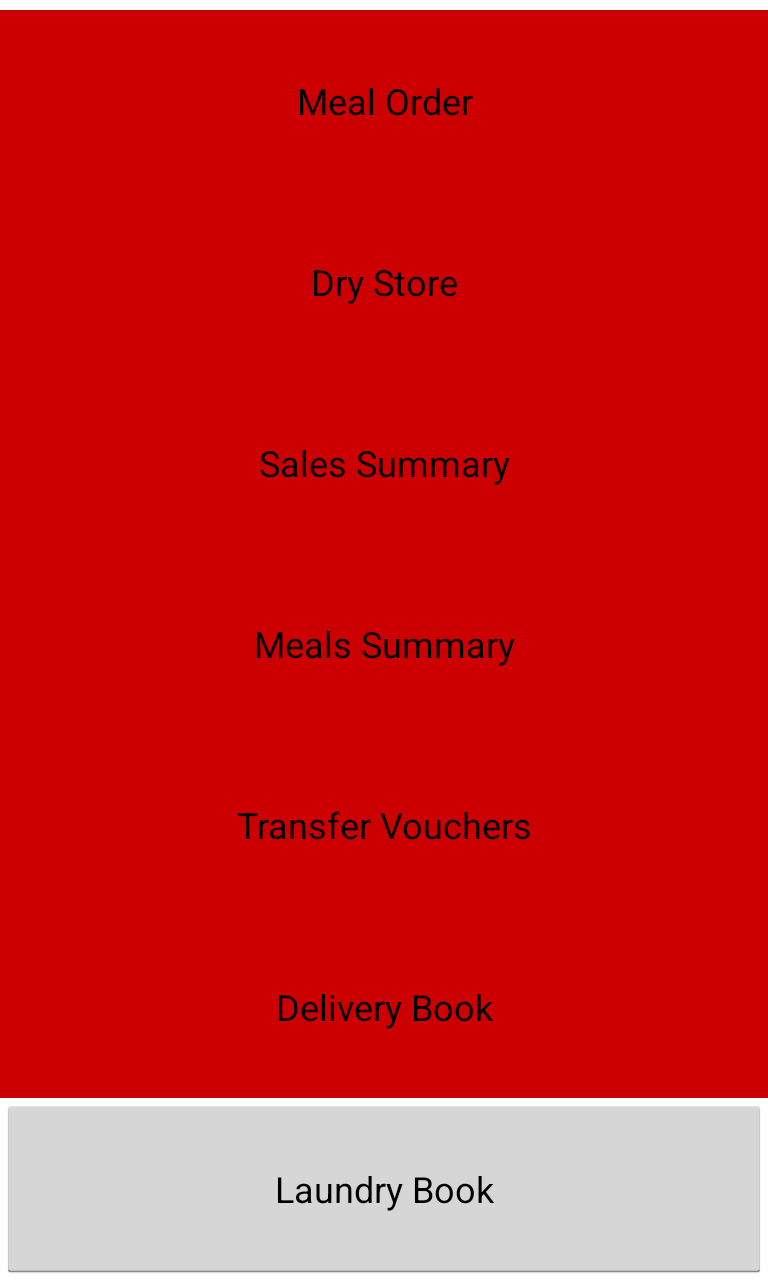
Repository: erwasambo/greendevelopment
Layout: GreenDevelopment/NASCuisine/res/layout/admindash.xml
These files come from the project's save history. The layout is drawn as it stood at one moment and after the next save; the edit follows.
It is drawn on a 768 x 1280 px phone screen (xhdpi) without system bars, with theme AppTheme; the app's code is not run.

Above is the layout before, as saved 2013-12-03 03:56:52.

After the next save:
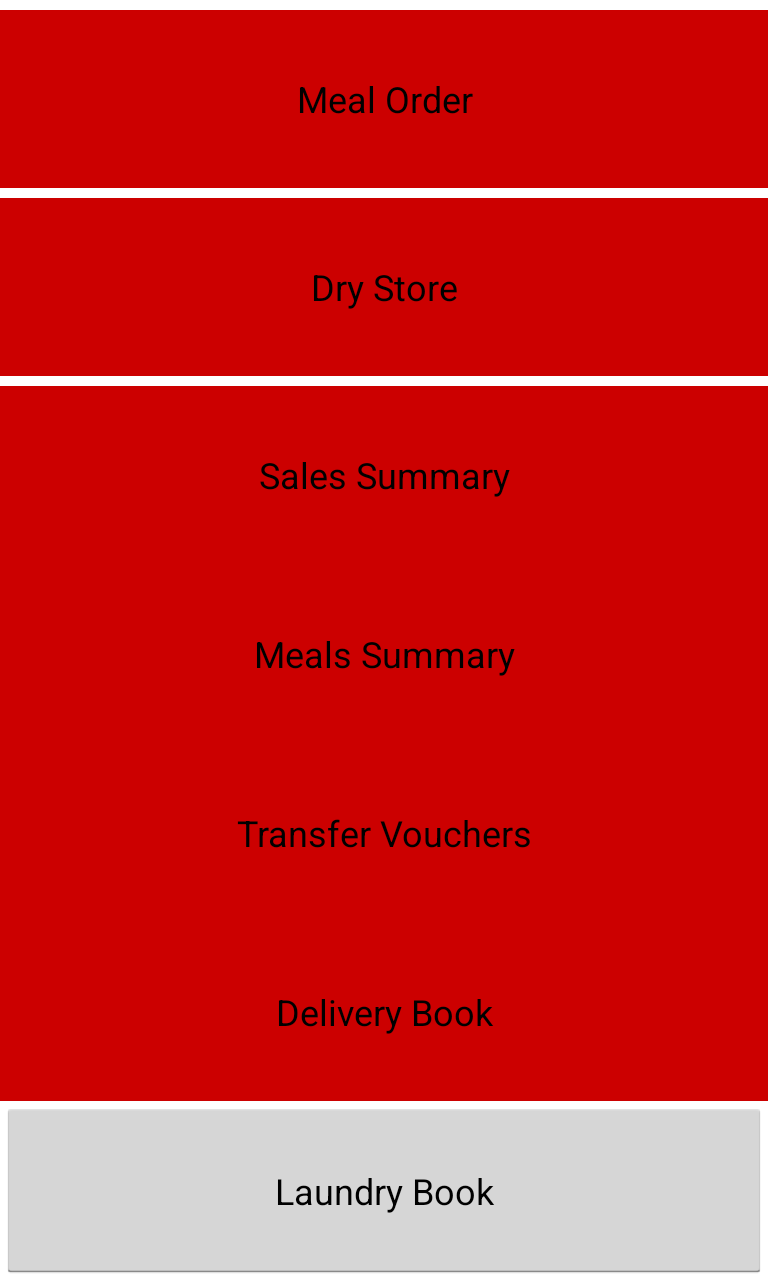
Saved 14 s later.
--- a/GreenDevelopment/NASCuisine/res/layout/admindash.xml
+++ b/GreenDevelopment/NASCuisine/res/layout/admindash.xml
@@ -19,6 +19,7 @@
         android:layout_height="0dp"
         android:layout_weight="1"
         android:background="@color/purple"
+        android:layout_marginTop="5dp"
         android:text="@string/drystore" />
 
     <Button
@@ -27,6 +28,7 @@
         android:layout_height="0dp"
         android:layout_weight="1"
         android:background="@color/purple"
+        android:layout_marginTop="5dp"
         android:text="@string/salessummary" />
 
     <Button
